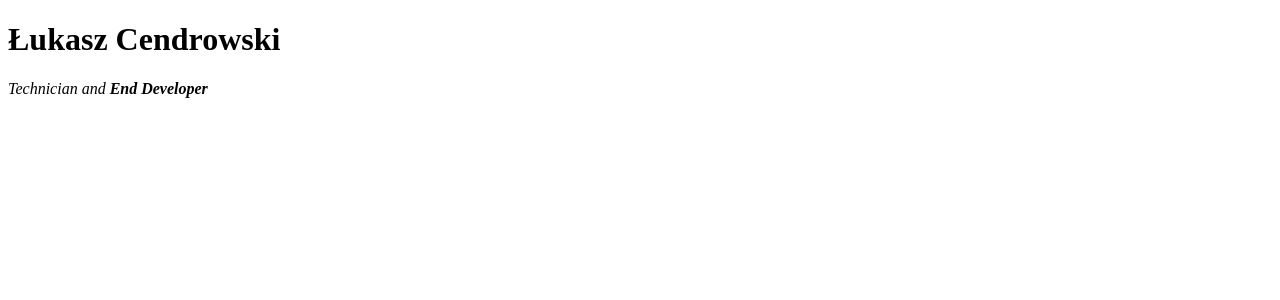
Repository: Isanderr/simple_landing_page-1
Page: index.html
An editor plug-in stored every save of this project. The page is shown before and after the next save, followed by the edit.
The browser window is 1280 px wide. The pictures show the whole page.

Above is the page before, as saved 2019-01-28 21:46:25.

After the next save:
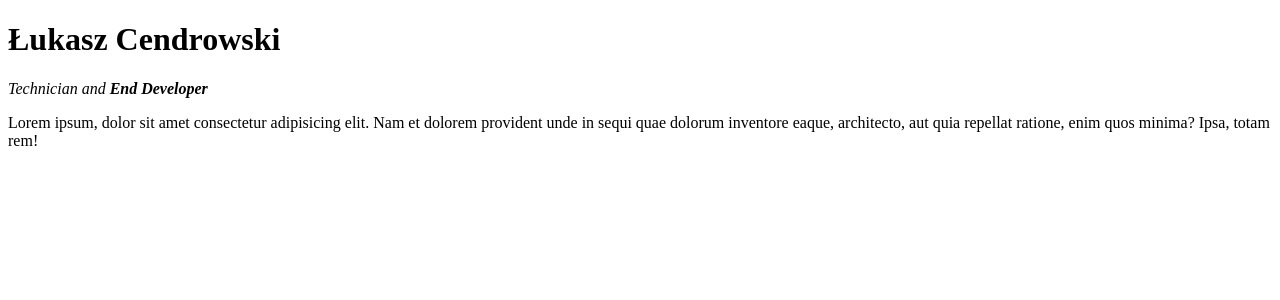
Saved 46 s later.
--- a/index.html
+++ b/index.html
@@ -11,6 +11,8 @@
     <body>
         <h1>Łukasz Cendrowski</h1>
         <p><em>Technician and <strong>End Developer</strong></em></p>
+        <p>Lorem ipsum, dolor sit amet consectetur adipisicing elit. Nam et dolorem provident unde in sequi quae
+            dolorum inventore eaque, architecto, aut quia repellat ratione, enim quos minima? Ipsa, totam rem!</p>
     </body>
 
 </html>
